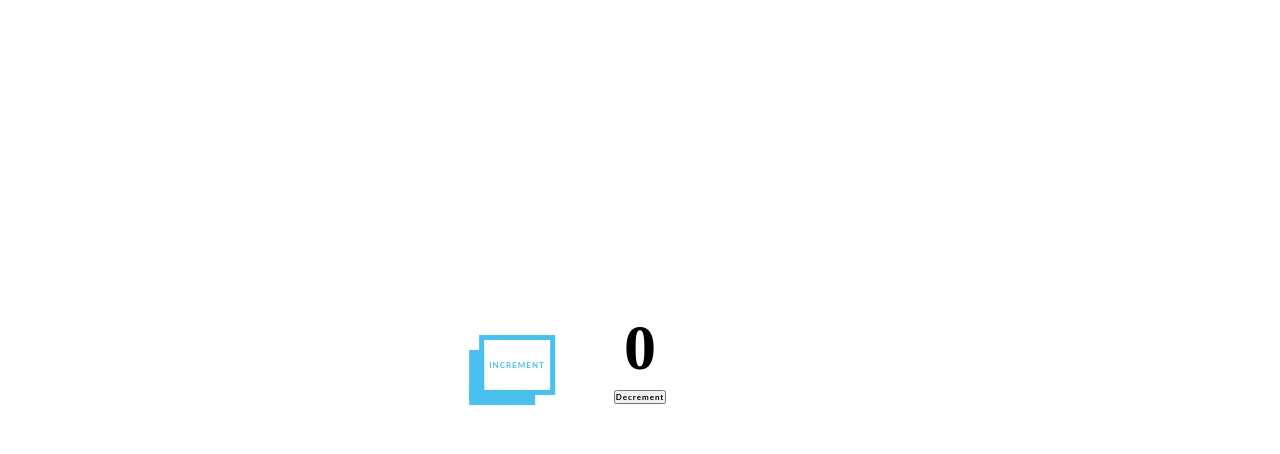
Repository: Ellisvelandia/react_introduction_test
Page: /
The author's editor kept a copy of each file at every save. The page is drawn from the files as they stood at one save, then again after the next save.
The browser window is 1280 px wide. The pictures show the whole page.
The project was rebuilt for these pictures with package versions that can differ from the ones it lists, and the page was loaded fresh each time. Also part of the build but not shown: src/index.css.

Above is the page before, as saved 2022-08-15 20:06:20.

### src/App.js
import "./App.scss";
import React, { useState } from "react";

const App = () => {
  const [num, changeNum] = useState(0);

  const incrementNum = () => {
    changeNum(num + 2);
  };

  const decrementNum = () => {
    if (num - 1 < 0) {
      alert(`you can't decrease than 0`);
    } else {
      changeNum(num - 2);
    }
  };

  return (
    <>
      <div className="container">
        <h1>{num}</h1>
        <button className="button_I" onClick={incrementNum}>Increment</button>
        <button className="button_D" onClick={decrementNum}>Decrement</button>
      </div>
    </>
  );
};

export default App;

### src/App.scss
* {
  margin: 0;
  padding: 0;
  box-sizing: border-box;
}

body {
  width: 100%;
  height: 100vh;
  display: flex;
  justify-content: center;
  align-items: center;
  flex-direction: column;
}

.container {
  align-self: center;
}

h1 {
  text-align: center;
  font-size: 4rem;
}

button {
  font-size: 0.5rem;
  margin: 5px;
  font-family: "Lato", sans-serif;
  font-weight: 300;
  letter-spacing: 1px;
  font-weight: bold;
}


.button_I {
  position: absolute;
  left: 40%;
  top: 50%;
  transform: translateX(-50%) translateY(-50%);

  background: #fff;
  max-width: 100px;
  padding: 20px 5px;

  border: 5px solid #4ac0ee;
  color: #4ac0ee;
  font-weight: bold;
  text-transform: uppercase;
  text-align: center;

  z-index: 2;
  transition: all 0.15s 0.15s ease-out;

  &:after,
  &:before {
    position: absolute;
    width: 100%;
    max-width: 100%;
    top: 100%;
    left: 0;
    bottom: -10px;
    content: "";
    z-index: 1;
    transition: all 0.15s 0.15s ease-out;
  }

  &:before {
    background: #4ac0ee;
    top: 10px;
    left: -15px;
    height: 100%;
    width: 15px;
  }

  &:after {
    width: 100%;
    background: #4ac0ee;
    right: 0px;
    left: -15px;
    height: 15px;
  }

  &:hover {
    background: #4ac0ee;
    color: #fff;
    margin-left: -7.5px;
    margin-bottom: -7.5px;

    &:after,
    &:before {
      top: 100%;
      left: 0;
      bottom: 0px;
    }

    &:before {
      top: 0px;
      left: 0px;
      width: 0px;
    }

    &:after {
      right: 0px;
      left: 0px;
      height: 0px;
    }
  }
}

Loaded but not shown: public/index.html (common file); src/index.js (common file); src/reportWebVitals.js (common file)

After the next save:
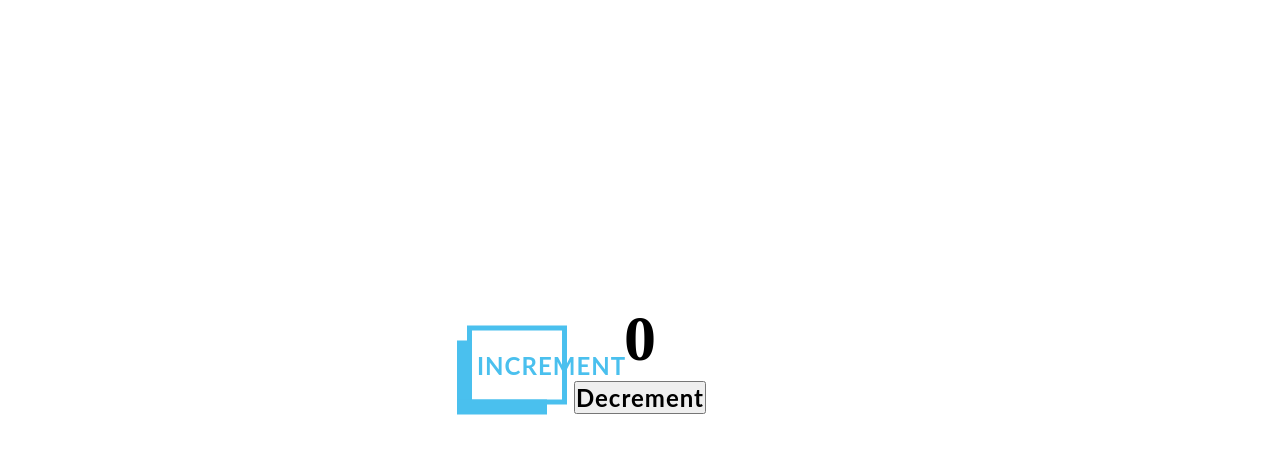
Saved 14 s later.
--- a/src/App.scss
+++ b/src/App.scss
@@ -23,7 +23,7 @@ h1 {
 }
 
 button {
-  font-size: 0.5rem;
+  font-size: 1.5rem;
   margin: 5px;
   font-family: "Lato", sans-serif;
   font-weight: 300;
